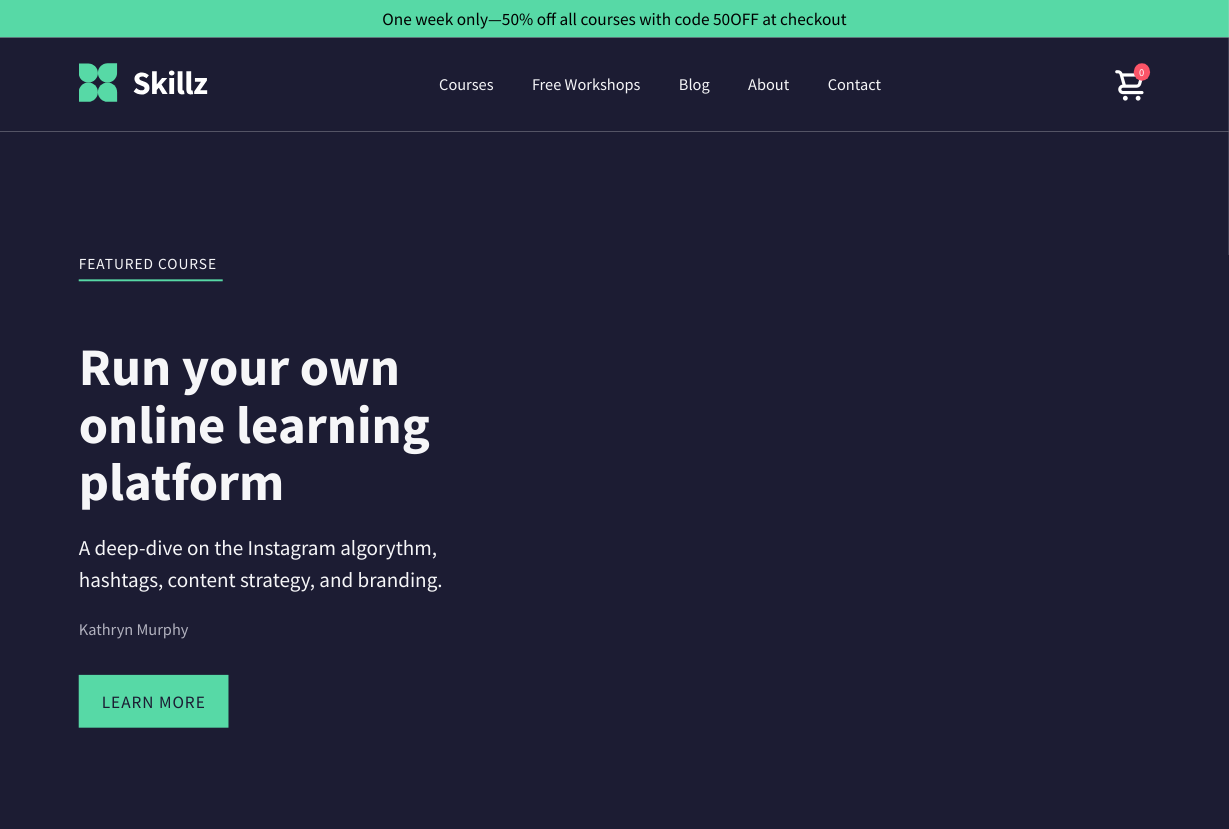
Repository: saidabbasun/skillz
Page: /
These files come from the project's save history. The page is drawn as it stood at one moment and after the next save; the edit follows.
The browser window is 1280 px wide. The pictures show the whole page, at 96% of full size.
The project was rebuilt for these pictures with package versions that can differ from the ones it lists, and the page was loaded fresh each time.

Above is the page before, as saved 2022-06-13 04:17:41.

### public/index.html
<!DOCTYPE html>
<html lang="en">
  <head>
    <meta charset="utf-8" />

    <meta name="viewport" content="width=device-width, initial-scale=1" />
    <meta name="theme-color" content="#000000" />
    <link rel="stylesheet" href="https://unicons.iconscout.com/release/v4.0.0/css/line.css">
    <title>React App</title>
  </head>
  <body>

    <div id="root"></div>

  </body>
</html>

### src/index.js
import React from 'react';
import ReactDOM from 'react-dom/client';
import { BrowserRouter } from "react-router-dom";
import App from './App';


const root = ReactDOM.createRoot(document.getElementById('root'));
root.render(
  <BrowserRouter>
    <App />
  </BrowserRouter>
);

### src/App.js
import Header from './Components/Header';
import Home from './Components/Home';
import './styles/Globl/collection.scss';

function App() {
  return (
    <div>
    <Header/>
    <Home/>
    </div>
  );
}

export default App;

### src/Components/Header.jsx
import React from 'react'

import { Link } from 'react-router-dom';
import Logo from '../assets/images/Logo.svg';
const Header = () => {
  return (
    <div>
        <div className="topDiscount">
            <p>One week only—50% off all courses with code 50OFF at checkout</p>
        </div>
        <div className="container">
            <div className="navbar">
                <Link  to={`/`}>
                <img src={Logo} alt="logo" />
                </Link>
                <div className="navbarNav">
                    <div className="navItem">
                        <Link  to={`/`} className='navLink'>Courses</Link>
                    </div>
                    <div className="navItem">
                        <Link  to={`/`} className='navLink'>Free Workshops</Link>
                    </div>
                    <div className="navItem">
                        <Link  to={`/`} className='navLink'>Blog</Link>
                    </div>
                    <div className="navItem">
                        <Link  to={`/`} className='navLink'>About</Link>
                    </div>
                    <div className="navItem">
                        <Link  to={`/`} className='navLink'>Contact</Link>
                    </div>
                </div>
                <div className="cartWrapper">
                <Link  to={`/`}>
                <i class="uil uil-shopping-cart cart"></i>
                </Link>
                     <div className="count">
                        <p>0</p>
                     </div>
                </div>
            </div>
        </div>
    </div>
  )
}

export default Header

### src/Components/Home.jsx
import React from 'react'
import { Link } from 'react-router-dom'

const Home = () => {
  return (
    <div className='container'>
        <div className="row">
            <div className="col5">
                <div className="Course">
                    <p>Featured Course</p>
                </div>
                <p className='cartTitle'>Run your own online learning platform</p>
                <p className="cartText">A deep-dive on the Instagram algorythm, hashtags, content strategy, and branding.</p>
                <p className="cartAfter">Kathryn Murphy</p>
                <Link to={`/`} className="cartBtn">
                Learn More
                </Link>
            </div>
            <div className="col7">
                <div className="bgRectangle">
                <div className="waveLine"></div>
                    <div className="Rectangle1"></div>
                    <div className="Rectangle2"></div>
                    <div className="Rectangle3"></div>


                </div>
            </div>
        </div>

    </div>
  )
}

export default Home

### src/styles/Globl/collection.scss
@import './globl';
@import './variables.scss';
@import './mixin';
@import '../Globl/font-face.scss';
@import '../Header.scss';
@import '../Home.scss';

### src/styles/Globl/_globl.scss
*{
    box-sizing: border-box;
    padding: 0;
    margin: 0;
    font-family:SourceSansProRegular ;
}
.container{
    margin: 0 auto;


}

### src/styles/Globl/variables.scss
$color_btn:#57D9A6;
$color_bg_title:#1C1C33;
$text_footer: #F6F6F8;
$color_text:#4E4E65;
$color_white:#FFFFFF;
$color_cartBg:#FC5468;

### src/styles/Globl/_mixin.scss
@mixin flexbox {
    display: flex;
    align-items: center;
}

### src/styles/Globl/font-face.scss


@font-face {
    font-family: SourceSansProRegular;

    src:  url('../../assets/fontFamily/SourceSansPro-Regular.ttf');
  }
  @font-face {
    font-family: SourceSansProBold;

    src:  url('../../assets/fontFamily/SourceSansPro-Bold.ttf');
  }
  @font-face {
    font-family: SourceSansProItalic;

    src:  url('../../assets/fontFamily/SourceSansPro-Italic.ttf');
  }

### src/styles/Header.scss
@import './Globl/variables.scss';
@import './Globl/mixin';
.topDiscount{
    background-color:$color_btn;
    font-weight: 400;
font-size: 18px;
text-align: center;

padding: 8px 0;

}
.navbar{
    @include flexbox;
    background-color:$color_bg_title;
    justify-content:space-between;
    padding: 24px 82px;
}
.navbarNav{
    @include flexbox;
 column-gap: 40px;
}

.navLink{

    font-weight: 400;
font-size: 17px;
    text-decoration: none;
    color: $text_footer;
}
.cartWrapper{
    position: relative;
}
.cart{
    color:$color_white;
    font-size: 40px;


}
.count{
    padding:0  6px;
    background-color: $color_cartBg;
    color: $color_white;
    position: absolute;
    border-radius: 50%;
    font-size: 11px;
    line-height: 18px;
    position: absolute;
    top: 3px;
    right: 0;

}

### src/styles/Home.scss
@import './Globl/variables.scss';
@import './Globl/mixin';
.row{

    padding: 120px 82px;
 @include flexbox;
 background-color: $color_bg_title;
}
.col5{
    width: 40%;

    color: $text_footer;
}
.Course{
   width: 150px;
   padding: 7px 0;
    font-weight: 400;
font-size: 16px;
letter-spacing: 1px;
text-transform: uppercase;

border-bottom: 2px solid $color_btn;
}
.cartTitle{
    font-family: SourceSansProBold;
    padding: 59px 0 22px;
    font-weight: 700;
font-size: 55px;
line-height: 60px;
}
.cartText{
    line-height: 33px;
font-weight: 400;
font-size: 22px;
}
.cartAfter{
    padding: 22px 0 48px;
    font-weight: 400;
font-size: 17px;
line-height: 27px;
color: #B2B2BF;
}
.cartBtn{
    font-weight: 400;
font-size: 18px;
line-height: 27px;
padding: 16px 24px;
letter-spacing: 1px;
text-transform: uppercase;
background-color: $color_btn;
color: $color_bg_title;
text-decoration: none   ;
}

.bgRectangle{
    position: relative;
    width: 614px;
    width: 614px;

}

After the next save:
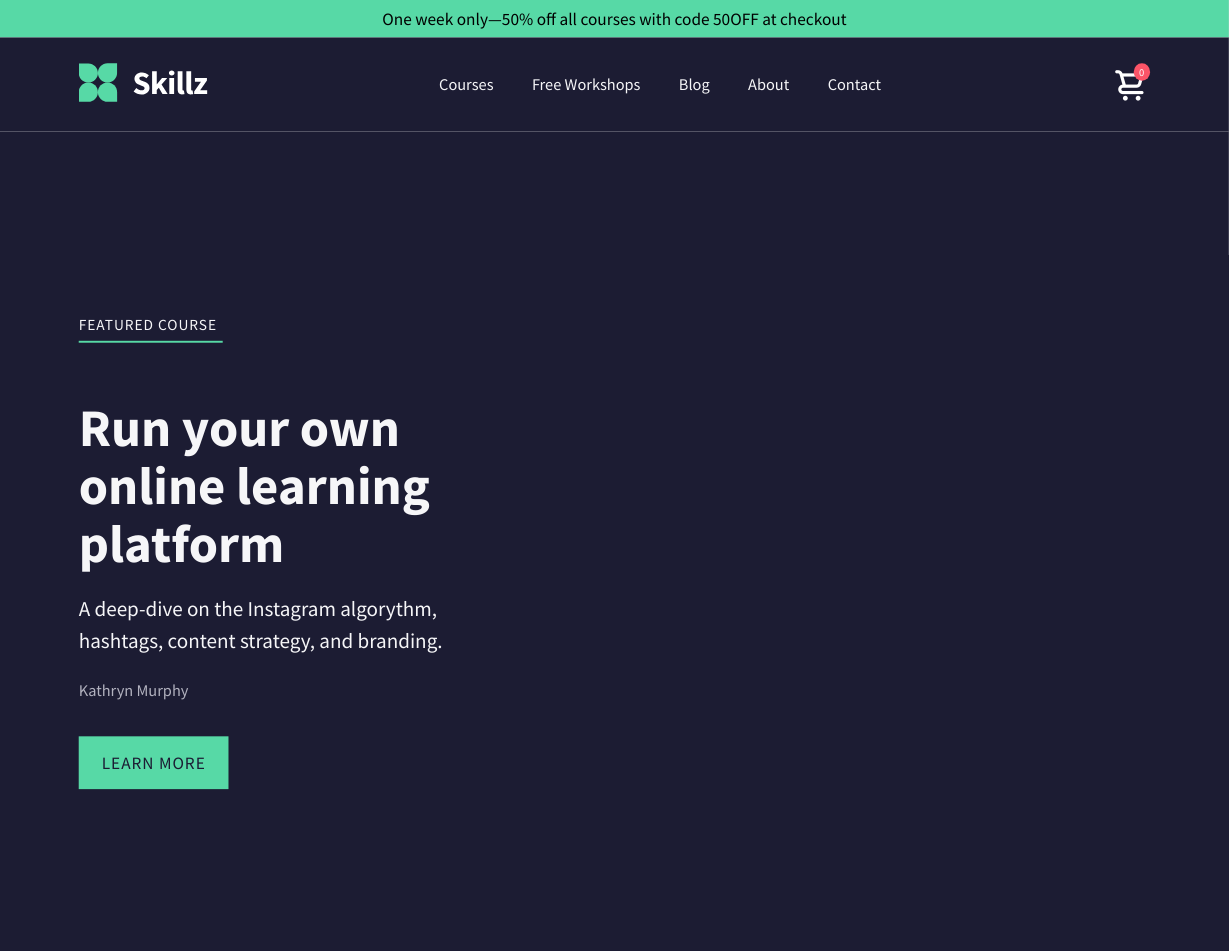
Saved 5 s later.
--- a/src/styles/Home.scss
+++ b/src/styles/Home.scss
@@ -55,6 +55,6 @@
 .bgRectangle{
     position: relative;
     width: 614px;
-    width: 614px;
+    height: 614px;
 
 }
